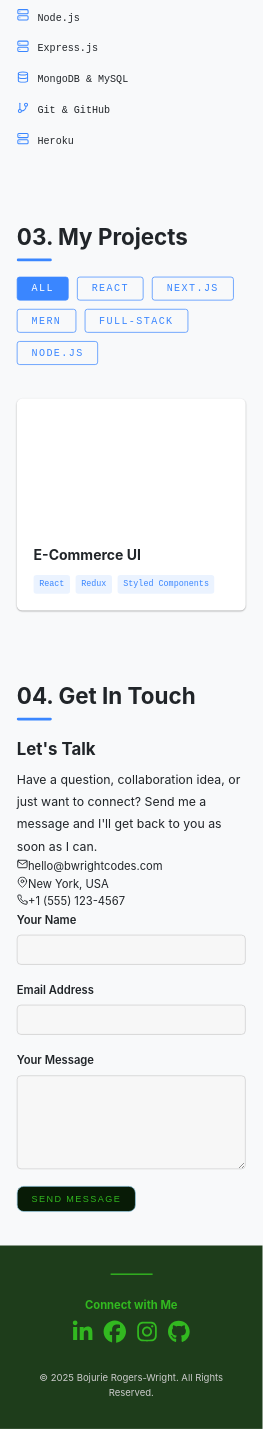
Repository: Bojurie/Portfolio_2022
Page: /
These files come from the project's save history. The page is drawn as it stood at one moment and after the next save; the edit follows.
The browser window is 375 px wide. The pictures show the part of the page from y = 2615 to 4855 px (the page is 4657 px tall before and 4855 px after), at 70% of full size.
Pictures or frames that could not be fetched are drawn as grey boxes. The project was rebuilt for these pictures with package versions that can differ from the ones it lists, and the page was loaded fresh each time. Also part of the build but not shown: src/component/pages/Resume.css, src/component/pages/Resume.js. Imported but missing from the stored project, and not drawn on this page: src/component/Resume.pdf, src/component/images/video.mp4.

Above is the page before, as saved 2025-04-22 00:32:42.

### public/index.html
<!DOCTYPE html>
<html lang="en">
  <head>
    <meta charset="utf-8" />
    <link rel="icon" href="%PUBLIC_URL%/favicon.ico" />
    <meta name="viewport" content="width=device-width, initial-scale=1" />
    <meta name="theme-color" content="#000000" />
    <meta
      name="description"
      content="Web site created using create-react-app"
    />
    <link rel="apple-touch-icon" href="%PUBLIC_URL%/logo192.png" />


    <link rel="manifest" href="%PUBLIC_URL%/manifest.json" />
    <!--
      Notice the use of %PUBLIC_URL% in the tags above.
      It will be replaced with the URL of the `public` folder during the build.
      Only files inside the `public` folder can be referenced from the HTML.

      Unlike "/favicon.ico" or "favicon.ico", "%PUBLIC_URL%/favicon.ico" will
      work correctly both with client-side routing and a non-root public URL.
      Learn how to configure a non-root public URL by running `npm run build`.
    -->
    <title>Bojurie Rogers-Wright | | Tech</title>
     <link rel="shortcut icon" href="%PUBLIC_URL%/favicon.ico">
    <link rel="apple-touch-icon" sizes="180x180" href="/apple-touch-icon.png">
    <link rel="icon" type="image/png" sizes="32x32" href="/favicon-32x32.png">
    <link rel="icon" type="image/png" sizes="16x16" href="/favicon-16x16.png">
    <link rel="manifest" href="/site.webmanifest">


    <link rel="preconnect" href="https://fonts.googleapis.com">
    <link rel="preconnect" href="https://fonts.gstatic.com" crossorigin>
    <link href="https://fonts.googleapis.com/css2?family=Montserrat:ital,wght@0,100;0,200;0,300;0,400;0,500;0,600;0,700;0,800;0,900;1,100;1,200;1,300;1,400;1,500;1,600;1,700;1,800;1,900&family=Roboto:ital,wght@0,300;0,400;0,500;0,700;1,300&display=swap" rel="stylesheet">
  </head>
  <body>
    <noscript>You need to enable JavaScript to run this app.</noscript>
    <div id="root"></div>

   <script>

   </script>
  </body>
</html>

### src/index.js
import React from 'react';
import ReactDOM from 'react-dom';
import App from './App'

ReactDOM.render(
  <React.StrictMode>
      <App />
  </React.StrictMode>,
  document.getElementById("root"))

### src/App.js
import React from "react";
import { BrowserRouter as Router, Routes, Route } from "react-router-dom";
import { AnimatePresence, motion } from "framer-motion";
import { FiGithub, FiLinkedin, FiTwitter, FiMail } from "react-icons/fi";

import Home from "./component/pages/Home";
import About from "./component/pages/About";
import Project from "./component/pages/Project";
import Contact from "./component/pages/Contact";
import Resume from "./component/pages/Resume";
import Header from "./component/Header";
import Footer from "./component/pages/Footer";
import "./App.css";

const pageTransition = {
  initial: { opacity: 0, y: 20 },
  animate: { opacity: 1, y: 0 },
  exit: { opacity: 0, y: -20 },
  transition: { duration: 0.5, ease: "easeInOut" },
};

const App = () => {
  return (
    <Router>
      <div className="app">
        <Header />
        <AnimatePresence mode="wait">
          <Routes location={location} key={location.pathname}>
            <Route
              path="/"
              element={
                <motion.div {...pageTransition}>
                  <Home />
                </motion.div>
              }
            />
            <Route
              path="/about"
              element={
                <motion.div {...pageTransition}>
                  <About />
                </motion.div>
              }
            />
            <Route
              path="/project"
              element={
                <motion.div {...pageTransition}>
                  <Project />
                </motion.div>
              }
            />
            <Route
              path="/contact"
              element={
                <motion.div {...pageTransition}>
                  <Contact />
                </motion.div>
              }
            />
            <Route
              path="/resume"
              element={
                <motion.div {...pageTransition}>
                  <Resume />
                </motion.div>
              }
            />
          </Routes>
        </AnimatePresence>
        <Footer />
      </div>
    </Router>
  );
};

export default App;

### src/component/pages/Home.js
import React from "react";
import { motion } from "framer-motion";
import Hero from "../Hero";
import About from "./About";
import Project from "./Project";
import Contact from "./Contact";
import "./Home.css";

const containerVariants = {
  hidden: { opacity: 0 },
  visible: {
    opacity: 1,
    transition: {
      staggerChildren: 0.2,
      when: "beforeChildren",
    },
  },
};

const Home = () => {
  return (
    <motion.main
      className="home"
      variants={containerVariants}
      initial="hidden"
      animate="visible"
    >
      <Hero />
      <About />
      <Project />
      <Contact />
    </motion.main>
  );
};

export default Home;

### src/component/Header.js
import React from "react";
import Navbar from "./Navbar";
import "./Header.css";

const Header = () => {
  return (
    <header className="header">
      <Navbar />
    </header>
  );
};

export default Header;

### src/component/pages/Footer.js
import React from "react";
import SocialFollow from "../../SocialFollow";
import "./Footer.css";

const Footer = () => {
  const year = new Date().getFullYear();

  return (
    <footer className="footer">
      <div className="container">
        <div className="footer-wrapper">
          <SocialFollow />
          <p className="footer-copy">
            © {year} Bojurie Rogers-Wright. All Rights Reserved.
          </p>
        </div>
      </div>
    </footer>
  );
};

export default Footer;

### src/App.css
:root {
  --primary-color: #3a86ff;
  --secondary-color: #8338ec;
  --dark-color: #212529;
  --light-color: #f8f9fa;
  --success-color: #06d6a0;
  --danger-color: #ef476f;
  --warning-color: #ffd166;

  --font-main: 'Inter', -apple-system, BlinkMacSystemFont, sans-serif;
  --font-mono: 'Fira Code', monospace;

  --transition: all 0.3s ease-in-out;
  --shadow-sm: 0 1px 3px rgba(0,0,0,0.12), 0 1px 2px rgba(0,0,0,0.24);
  --shadow-md: 0 4px 6px rgba(0,0,0,0.1), 0 1px 3px rgba(0,0,0,0.08);
  --shadow-lg: 0 10px 25px rgba(0,0,0,0.1), 0 5px 10px rgba(0,0,0,0.05);
}

* {
  margin: 0;
  padding: 0;
  box-sizing: border-box;
}

html {
  scroll-behavior: smooth;
}

body {
  font-family: var(--font-main);
  line-height: 1.6;
  color: var(--dark-color);
  background-color: var(--light-color);
  overflow-x: hidden;
}

.app {
  display: flex;
  flex-direction: column;
  min-height: 100vh;
}

/* Utility Classes */
.container {
  width: 100%;
  max-width: 1200px;
  margin: 0 auto;
  padding: 0 1.5rem;
}

.section {
  padding: 5rem 0;
}

.section-title {
  font-size: 2.5rem;
  margin-bottom: 2rem;
  position: relative;
  display: inline-block;
}

.section-title::after {
  content: '';
  position: absolute;
  bottom: -10px;
  left: 0;
  width: 50px;
  height: 4px;
  background: var(--primary-color);
  border-radius: 2px;
}

.btn {
  display: inline-block;
  padding: 0.8rem 1.5rem;
  border-radius: 4px;
  font-weight: 600;
  text-decoration: none;
  transition: var(--transition);
  cursor: pointer;
  border: none;
}

.btn-primary {
  background: var(--primary-color);
  color: white;
}

.btn-primary:hover {
  background: #2a75e6;
  transform: translateY(-2px);
  box-shadow: var(--shadow-md);
}

.btn-outline {
  background: transparent;
  border: 2px solid var(--primary-color);
  color: var(--primary-color);
}

.btn-outline:hover {
  background: var(--primary-color);
  color: white;
  transform: translateY(-2px);
}

/* Responsive */
@media (max-width: 768px) {
  .section {
    padding: 3rem 0;
  }

  .section-title {
    font-size: 2rem;
  }
}

### src/component/Hero.js
import React from "react";
import { motion } from "framer-motion";
import "./Hero.css";
import backgroundVideo from "./images/video.mp4";
import Button from "./Button";

const textVariants = {
  hidden: { opacity: 0, y: 20 },
  visible: {
    opacity: 1,
    y: 0,
    transition: { duration: 0.8, ease: "easeOut" },
  },
};

const Hero = () => {
  return (
    <section className="hero">
      <div className="hero-video-container">
        <video autoPlay loop muted playsInline className="hero-video">
          <source src={backgroundVideo} type="video/mp4" />
          Your browser does not support the video tag.
        </video>
        <div className="hero-overlay" />
      </div>

      <motion.div
        className="hero-content"
        initial="hidden"
        animate="visible"
        variants={textVariants}
      >
        <motion.h3 className="hero-subtitle" transition={{ delay: 0.2 }}>
          Welcome to
        </motion.h3>
        <motion.h1 className="hero-title" transition={{ delay: 0.4 }}>
          B-Wright Codes
        </motion.h1>
        <motion.p className="hero-text" transition={{ delay: 0.6 }}>
          Empowering your ideas through beautifully engineered web and mobile
          applications — crafted with precision, purpose, and clean code.
        </motion.p>
        <motion.div transition={{ delay: 0.8 }}>
          <Button>View Code Work</Button>
        </motion.div>
      </motion.div>
    </section>
  );
};

export default Hero;

### src/component/pages/Home.css
.home {
  display: flex;
  flex-direction: column;
  overflow-x: hidden;
}

/* Ensures sections have proper spacing */
.home > section {
  scroll-margin-top: 100px;
}

### src/component/pages/About.css
.about-grid {
  display: grid;
  grid-template-columns: 1fr 2fr;
  gap: 3rem;
  margin-top: 3rem;
}

.about-image-container {
  position: relative;
}

.about-image-wrapper {
  position: relative;
  width: 100%;
  max-width: 300px;
  margin: 0 auto;
}

.about-image {
  width: 100%;
  height: auto;
  border-radius: 4px;
  position: relative;
  z-index: 1;
  filter: grayscale(100%) contrast(1);
  transition: var(--transition);
}

.about-image-border {
  position: absolute;
  width: 100%;
  height: 100%;
  border: 2px solid var(--primary-color);
  border-radius: 4px;
  top: 20px;
  left: 20px;
  z-index: 0;
  transition: var(--transition);
}

.about-image-container:hover .about-image {
  filter: none;
}

.about-image-container:hover .about-image-border {
  top: 15px;
  left: 15px;
}

.about-name {
  font-size: 2rem;
  margin-bottom: 0.5rem;
  color: var(--dark-color);
}

.about-role {
  font-size: 1.25rem;
  color: var(--primary-color);
  margin-bottom: 1.5rem;
}

.about-bio {
  margin-bottom: 2rem;
  font-size: 1.1rem;
}

.about-text {
  margin-bottom: 3rem;
}

.about-text p {
  margin-bottom: 1.5rem;
  line-height: 1.7;
}

.skills-heading {
  font-size: 1.5rem;
  margin-bottom: 1.5rem;
  position: relative;
}

.skills-grid {
  display: grid;
  grid-template-columns: repeat(2, 1fr);
  gap: 1rem;
}

.skill-item {
  display: flex;
  align-items: center;
  gap: 0.75rem;
  font-family: var(--font-mono);
  font-size: 0.9rem;
  color: var(--dark-color);
}

.skill-icon {
  color: var(--primary-color);
  font-size: 1.1rem;
}

@media (max-width: 992px) {
  .about-grid {
    grid-template-columns: 1fr;
  }

  .about-image-wrapper {
    margin-bottom: 3rem;
  }
}

@media (max-width: 576px) {
  .skills-grid {
    grid-template-columns: 1fr;
  }
}

### src/component/pages/Project.css
.project-tabs {
  display: flex;
  flex-wrap: wrap;
  gap: 0.75rem;
  margin-bottom: 3rem;
}

.tab-button {
  padding: 0.5rem 1.25rem;
  border-radius: 4px;
  background: transparent;
  border: 1px solid var(--primary-color);
  color: var(--primary-color);
  font-family: var(--font-mono);
  font-size: 0.9rem;
  cursor: pointer;
  transition: var(--transition);
}

.tab-button.active {
  background: var(--primary-color);
  color: white;
}

.tab-button:not(.active):hover {
  background: rgba(58, 134, 255, 0.1);
}

.project-grid {
  display: grid;
  grid-template-columns: repeat(auto-fill, minmax(300px, 1fr));
  gap: 2rem;
}

.project-card {
  background: white;
  border-radius: 8px;
  overflow: hidden;
  box-shadow: var(--shadow-sm);
  transition: var(--transition);
}

.project-media {
  position: relative;
  width: 100%;
  padding-top: 56.25%; /* 16:9 aspect ratio */
  overflow: hidden;
}

.project-media video {
  position: absolute;
  top: 0;
  left: 0;
  width: 100%;
  height: 100%;
  object-fit: cover;
}

.project-overlay {
  position: absolute;
  top: 0;
  left: 0;
  width: 100%;
  height: 100%;
  background: rgba(0, 0, 0, 0.7);
  display: flex;
  align-items: center;
  justify-content: center;
  opacity: 0;
  transition: var(--transition);
}

.project-card:hover .project-overlay {
  opacity: 1;
}

.project-links {
  display: flex;
  gap: 1.5rem;
}

.project-link {
  display: flex;
  align-items: center;
  gap: 0.5rem;
  color: white;
  text-decoration: none;
  font-weight: 500;
  padding: 0.5rem 1rem;
  border-radius: 4px;
  background: rgba(255, 255, 255, 0.1);
  backdrop-filter: blur(5px);
  transition: var(--transition);
}

.project-link:hover {
  background: var(--primary-color);
}

.project-info {
  padding: 1.5rem;
}

.project-title {
  font-size: 1.25rem;
  margin-bottom: 0.75rem;
}

.project-tags {
  display: flex;
  flex-wrap: wrap;
  gap: 0.5rem;
}

.project-tag {
  font-family: var(--font-mono);
  font-size: 0.75rem;
  padding: 0.25rem 0.5rem;
  background: rgba(58, 134, 255, 0.1);
  color: var(--primary-color);
  border-radius: 4px;
}

@media (max-width: 768px) {
  .project-grid {
    grid-template-columns: 1fr;
  }
}

### src/component/Button.js
import React from 'react'
import './Button.css';

const Button = ({children,type, onClick}) => {
  return (
    <div className='button'>
        <button onClick={onClick} type={type}>
          {children}
        </button>
    </div>
  )
}

export default Button

### src/component/pages/Contact.css
.contact-section {
  background-color: #32b920;
  padding: 100px 20px;
  color: #fff;
}

.contact-container {
  max-width: 900px;
  margin: 0 auto;
}

.contact-title {
  font-size: 2.5rem;
  font-weight: 700;
  margin-bottom: 2rem;
  text-align: center;
}

.highlighted {
  color: #fff;
  margin-right: 0.5rem;
}

.contact-wrapper {
  display: flex;
  flex-direction: column;
  gap: 2rem;
  background: #fff;
  color: #000;
  padding: 2rem;
  border-radius: 12px;
  box-shadow: 0 6px 20px rgba(0, 0, 0, 0.15);
}

.contact-info h3 {
  font-size: 1.8rem;
  margin-bottom: 0.5rem;
}

.contact-info p {
  font-size: 1.1rem;
  line-height: 1.8;
}

.contact-form {
  display: flex;
  flex-direction: column;
  gap: 1.5rem;
}

.form-group {
  display: flex;
  flex-direction: column;
}

.form-group label {
  font-weight: 600;
  margin-bottom: 0.5rem;
}

.form-group input,
.form-group textarea {
  padding: 0.75rem 1rem;
  font-size: 1rem;
  border: 1px solid #ccc;
  border-radius: 6px;
  background-color: #f7f7f7;
  transition: border-color 0.3s ease;
}

.form-group input:focus,
.form-group textarea:focus {
  border-color: #32b920;
  outline: none;
  background-color: #fff;
}

.success-message {
  background-color: #eaffea;
  color: #2e7d32;
  padding: 1rem;
  border-left: 4px solid #2e7d32;
  border-radius: 6px;
  font-size: 1rem;
  font-weight: 500;
}

/* Responsive Styles */
@media screen and (max-width: 768px) {
  .contact-title {
    font-size: 2rem;
  }

  .contact-wrapper {
    padding: 1.5rem;
  }

  .contact-info h3 {
    font-size: 1.5rem;
  }
}

@media screen and (max-width: 480px) {
  .contact-wrapper {
    padding: 1rem;
  }

  .contact-title {
    font-size: 1.6rem;
  }

  .form-group input,
  .form-group textarea {
    font-size: 0.95rem;
  }
}

### src/component/Header.css
.header {
  width: 100%;
  position: sticky;
  top: 0;
  z-index: 1000;
}

### src/SocialFollow.js
import React from "react";
import { FontAwesomeIcon } from "@fortawesome/react-fontawesome";
import {
  faFacebook,
  faInstagram,
  faGithub,
  faLinkedinIn,
} from "@fortawesome/free-brands-svg-icons";
import "./SocialFollow.css";

const SocialFollow = () => {
  return (
    <div className="social-container">
      <h3>Connect with Me</h3>
      <a
        href="https://www.linkedin.com/in/bojurie-rogers-wright/"
        className="linkedin social"
        target="_blank"
        rel="noopener noreferrer"
      >
        <FontAwesomeIcon icon={faLinkedinIn} size="2x" />
      </a>
      <a
        href="https://www.facebook.com/bojurie.rogers/"
        className="facebook social"
        target="_blank"
        rel="noopener noreferrer"
      >
        <FontAwesomeIcon icon={faFacebook} size="2x" />
      </a>
      <a
        href="https://www.instagram.com/bwrightcodes/"
        className="instagram social"
        target="_blank"
        rel="noopener noreferrer"
      >
        <FontAwesomeIcon icon={faInstagram} size="2x" />
      </a>
      <a
        href="https://github.com/Bojurie"
        className="github social"
        target="_blank"
        rel="noopener noreferrer"
      >
        <FontAwesomeIcon icon={faGithub} size="2x" />
      </a>
    </div>
  );
};

export default SocialFollow;

### src/component/pages/Footer.css
.footer {
  background-color: rgba(18, 51, 15, 0.95);
  padding: 40px 20px;
  text-align: center;
  color: white;
  position: relative;
}

.footer-wrapper {
  display: flex;
  flex-direction: column;
  align-items: center;
  gap: 20px;
}

.footer-copy {
  font-size: 0.95rem;
  color: #ccc;
  margin-top: 10px;
}

/* Optional subtle border at the top */
.footer::before {
  content: "";
  display: block;
  height: 2px;
  width: 60px;
  background-color: #32b920;
  margin: 0 auto 20px;
}

/* Responsive */
@media screen and (max-width: 768px) {
  .footer-wrapper {
    gap: 15px;
  }

  .footer-copy {
    font-size: 0.85rem;
  }
}

### src/component/Hero.css
.hero {
  position: relative;
  height: 100vh;
  min-height: 600px;
  display: flex;
  align-items: center;
  justify-content: center;
  color: white;
  overflow: hidden;
}

.hero-video-container {
  position: absolute;
  top: 0;
  left: 0;
  width: 100%;
  height: 100%;
  z-index: -1;
}

.hero-video {
  width: 100%;
  height: 100%;
  object-fit: cover;
}

.hero-overlay {
  position: absolute;
  top: 0;
  left: 0;
  width: 100%;
  height: 100%;
  background: rgba(0, 0, 0, 0.5);
}

.hero-content {
  max-width: 800px;
  padding: 2rem;
  text-align: center;
  z-index: 1;
}

.hero-subtitle {
  font-size: 1.5rem;
  margin-bottom: 1rem;
  font-weight: 400;
}

.hero-title {
  font-size: 4rem;
  margin-bottom: 1.5rem;
  line-height: 1.1;
}

.hero-text {
  font-size: 1.25rem;
  margin-bottom: 2.5rem;
  line-height: 1.6;
}

@media (max-width: 768px) {
  .hero-title {
    font-size: 3rem;
  }

  .hero-text {
    font-size: 1.1rem;
  }
}

### src/component/Button.css
button {
  padding: 15px 40px;
  font-size: 15px;
  border-radius: 10px;
  background-color: rgb(8, 27, 6);
  color: rgb(50, 185, 32);
  letter-spacing: 2px;
  text-transform: uppercase;
  border: 1px solid rgb(152, 207, 233);
}


@media screen and (max-width: 414px) {
  button {
    padding: 10px 20px;
    font-size: 13px;
  }
}

### src/component/Navbar.css
.nav {
  width: 100%;
  position: fixed;
  top: 0;
  left: 0;
  z-index: 1000;
  background: rgba(255, 255, 255, 0.95);
  backdrop-filter: blur(10px);
  box-shadow: var(--shadow-sm);
}

.navbar-container {
  display: flex;
  justify-content: space-between;
  align-items: center;
  padding: 1rem 2rem;
  max-width: 1200px;
  margin: 0 auto;
}

.logo-link {
  text-decoration: none;
  color: var(--dark-color);
  font-weight: 700;
  font-size: 1.5rem;
  display: flex;
  align-items: center;
  gap: 0.5rem;
}

.menu-toggle {
  display: none;
  background: none;
  border: none;
  font-size: 1.5rem;
  cursor: pointer;
  color: var(--dark-color);
  z-index: 1001;
}

.nav-links-desktop {
  display: flex;
  gap: 1.5rem;
  list-style: none;
}

.nav-links-desktop li {
  position: relative;
}

.nav-link {
  text-decoration: none;
  color: var(--dark-color);
  font-weight: 500;
  display: flex;
  align-items: center;
  gap: 0.5rem;
  padding: 0.5rem 0;
  position: relative;
  transition: var(--transition);
}

.nav-link:hover {
  color: var(--primary-color);
}

.nav-link::after {
  content: '';
  position: absolute;
  bottom: 0;
  left: 0;
  width: 0;
  height: 2px;
  background: var(--primary-color);
  transition: var(--transition);
}

.nav-link:hover::after {
  width: 100%;
}

.nav-icon {
  font-size: 1.1rem;
}

/* Mobile Menu */
.mobile-menu-backdrop {
  position: fixed;
  top: 0;
  left: 0;
  width: 100%;
  height: 100%;
  background: rgba(0, 0, 0, 0.5);
  z-index: 999;
}

.nav-links-mobile {
  position: fixed;
  top: 0;
  right: 0;
  width: 70%;
  max-width: 300px;
  height: 100%;
  background: white;
  list-style: none;
  padding: 5rem 2rem;
  display: flex;
  flex-direction: column;
  gap: 1.5rem;
  box-shadow: -5px 0 15px rgba(0, 0, 0, 0.1);
  z-index: 1000;
}

.mobile-nav-link {
  text-decoration: none;
  color: var(--dark-color);
  font-weight: 500;
  font-size: 1.2rem;
  display: flex;
  align-items: center;
  gap: 1rem;
  padding: 0.5rem 0;
  transition: var(--transition);
}

.mobile-nav-link:hover {
  color: var(--primary-color);
}

/* Responsive */
@media (max-width: 768px) {
  .menu-toggle {
    display: block;
  }

  .nav-links-desktop {
    display: none;
  }

  .navbar-container {
    padding: 1rem;
  }
}

### src/SocialFollow.css
.social-container {
  padding: 10px 0;
}

.social-container h3 {
  margin-bottom: 10px;
  font-size: 1.2rem;
  color: #32b920;
}

a.social {
  margin: 0 0.75rem;
  transition: transform 250ms ease, color 250ms ease;
  display: inline-block;
  color: #32b920;
}

a.social:hover {
  transform: translateY(-4px);
  color: white;
}

@media screen and (max-width: 414px) {
  .social-container h3 {
    font-size: 1rem;
  }

  a.social {
    margin: 0 0.5rem;
  }
}

Loaded but not shown: src/component/pages/Project.js (137 lines, source omitted); src/component/pages/About.js (114 lines, source omitted); src/component/pages/Contact.js (141 lines, source omitted); src/component/Navbar.js (106 lines, source omitted)

After the next save:
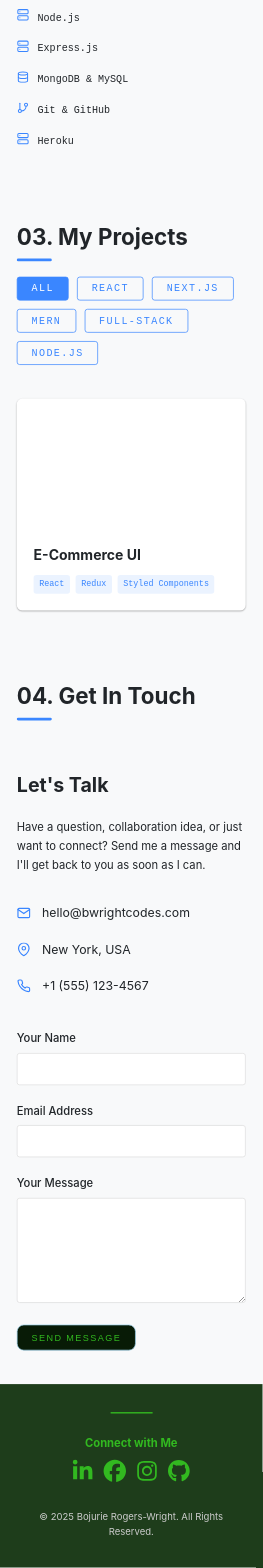
Saved 19 s later.
--- a/src/component/pages/Contact.css
+++ b/src/component/pages/Contact.css
@@ -1,116 +1,83 @@
-.contact-section {
-  background-color: #32b920;
-  padding: 100px 20px;
-  color: #fff;
+.contact-grid {
+  display: grid;
+  grid-template-columns: 1fr 1.5fr;
+  gap: 4rem;
+  margin-top: 3rem;
 }
 
-.contact-container {
-  max-width: 900px;
-  margin: 0 auto;
+.contact-subtitle {
+  font-size: 1.75rem;
+  margin-bottom: 1.5rem;
 }
 
-.contact-title {
-  font-size: 2.5rem;
-  font-weight: 700;
-  margin-bottom: 2rem;
-  text-align: center;
+.contact-text {
+  margin-bottom: 2.5rem;
+  line-height: 1.7;
 }
 
-.highlighted {
-  color: #fff;
-  margin-right: 0.5rem;
-}
-
-.contact-wrapper {
-  display: flex;
-  flex-direction: column;
-  gap: 2rem;
-  background: #fff;
-  color: #000;
-  padding: 2rem;
-  border-radius: 12px;
-  box-shadow: 0 6px 20px rgba(0, 0, 0, 0.15);
-}
-
-.contact-info h3 {
-  font-size: 1.8rem;
-  margin-bottom: 0.5rem;
-}
-
-.contact-info p {
-  font-size: 1.1rem;
-  line-height: 1.8;
-}
-
-.contact-form {
+.contact-details {
   display: flex;
   flex-direction: column;
   gap: 1.5rem;
 }
 
+.contact-item {
+  display: flex;
+  align-items: center;
+  gap: 1rem;
+  font-size: 1.1rem;
+}
+
+.contact-icon {
+  color: var(--primary-color);
+  font-size: 1.25rem;
+}
+
 .form-group {
-  display: flex;
-  flex-direction: column;
+  margin-bottom: 1.5rem;
 }
 
 .form-group label {
-  font-weight: 600;
+  display: block;
   margin-bottom: 0.5rem;
+  font-weight: 500;
 }
 
-.form-group input,
-.form-group textarea {
+.form-input,
+.form-textarea {
+  width: 100%;
   padding: 0.75rem 1rem;
+  border: 1px solid #ddd;
+  border-radius: 4px;
+  font-family: var(--font-main);
   font-size: 1rem;
-  border: 1px solid #ccc;
-  border-radius: 6px;
-  background-color: #f7f7f7;
-  transition: border-color 0.3s ease;
+  transition: var(--transition);
 }
 
-.form-group input:focus,
-.form-group textarea:focus {
-  border-color: #32b920;
+.form-input:focus,
+.form-textarea:focus {
   outline: none;
-  background-color: #fff;
+  border-color: var(--primary-color);
+  box-shadow: 0 0 0 2px rgba(58, 134, 255, 0.2);
+}
+
+.form-textarea {
+  resize: vertical;
+  min-height: 150px;
 }
 
 .success-message {
-  background-color: #eaffea;
-  color: #2e7d32;
   padding: 1rem;
-  border-left: 4px solid #2e7d32;
-  border-radius: 6px;
-  font-size: 1rem;
-  font-weight: 500;
+  background: rgba(6, 214, 160, 0.1);
+  color: var(--success-color);
+  border-radius: 4px;
+  margin-bottom: 1.5rem;
+  text-align: center;
 }
 
-/* Responsive Styles */
-@media screen and (max-width: 768px) {
-  .contact-title {
-    font-size: 2rem;
-  }
-
-  .contact-wrapper {
-    padding: 1.5rem;
-  }
-
-  .contact-info h3 {
-    font-size: 1.5rem;
+@media (max-width: 992px) {
+  .contact-grid {
+    grid-template-columns: 1fr;
+    gap: 3rem;
   }
 }
-
-@media screen and (max-width: 480px) {
-  .contact-wrapper {
-    padding: 1rem;
-  }
-
-  .contact-title {
-    font-size: 1.6rem;
-  }
-
-  .form-group input,
-  .form-group textarea {
-    font-size: 0.95rem;
-  }
-}
